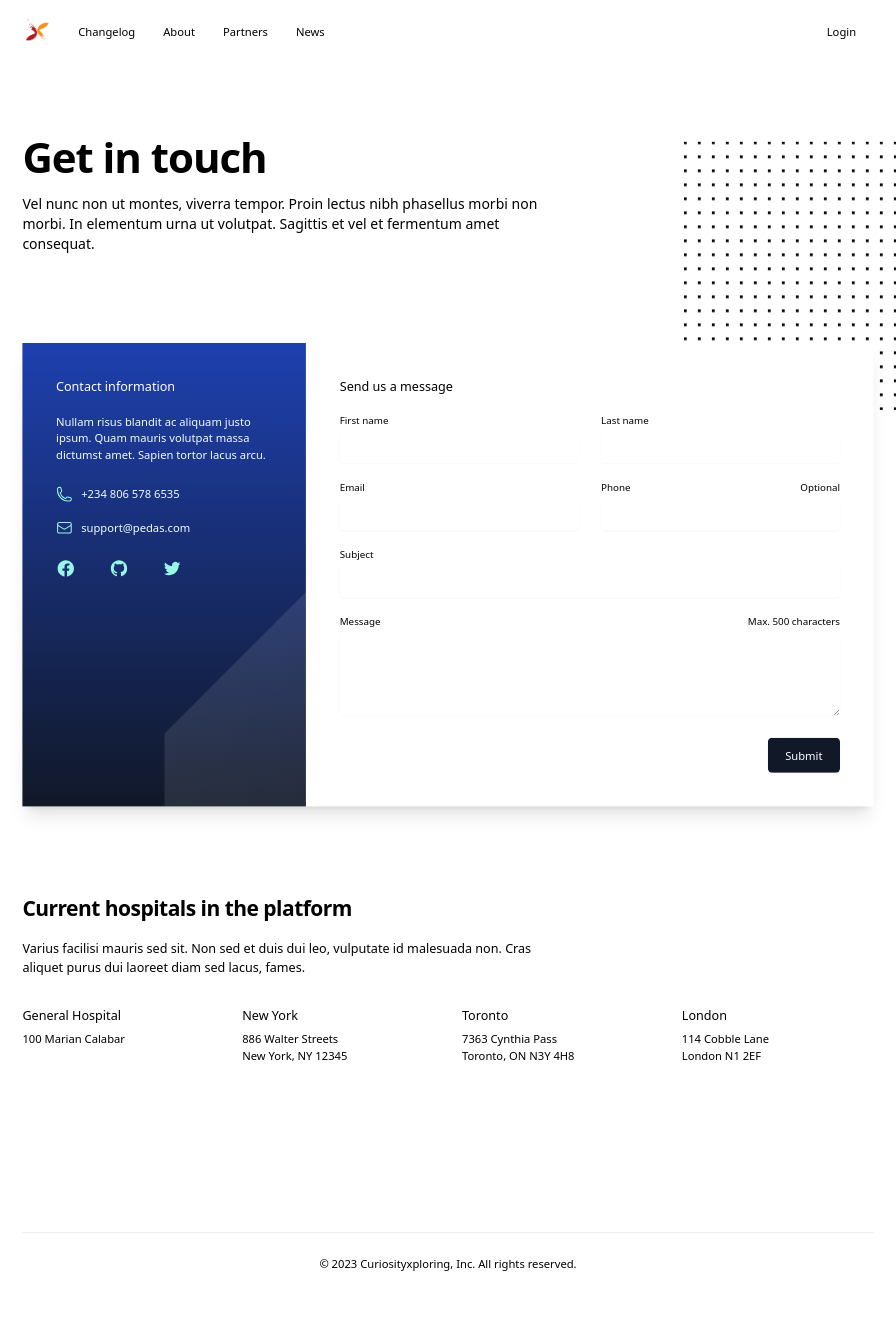
Repository: VinceBrun/medical-web3-app
Page: /contactus
An editor plug-in stored every save of this project. The page is shown before and after the next save, followed by the edit.
The browser window is 1280 px wide. The pictures show the whole page, at 70% of full size.
The project was rebuilt for these pictures with package versions that can differ from the ones it lists, and the page was loaded fresh each time. The framework's server and built-in components were replaced by stand-ins that run in the browser. Also part of the build but not shown: next.config.js.

Above is the page before, as saved 2023-01-16 19:08:32.

After the next save:
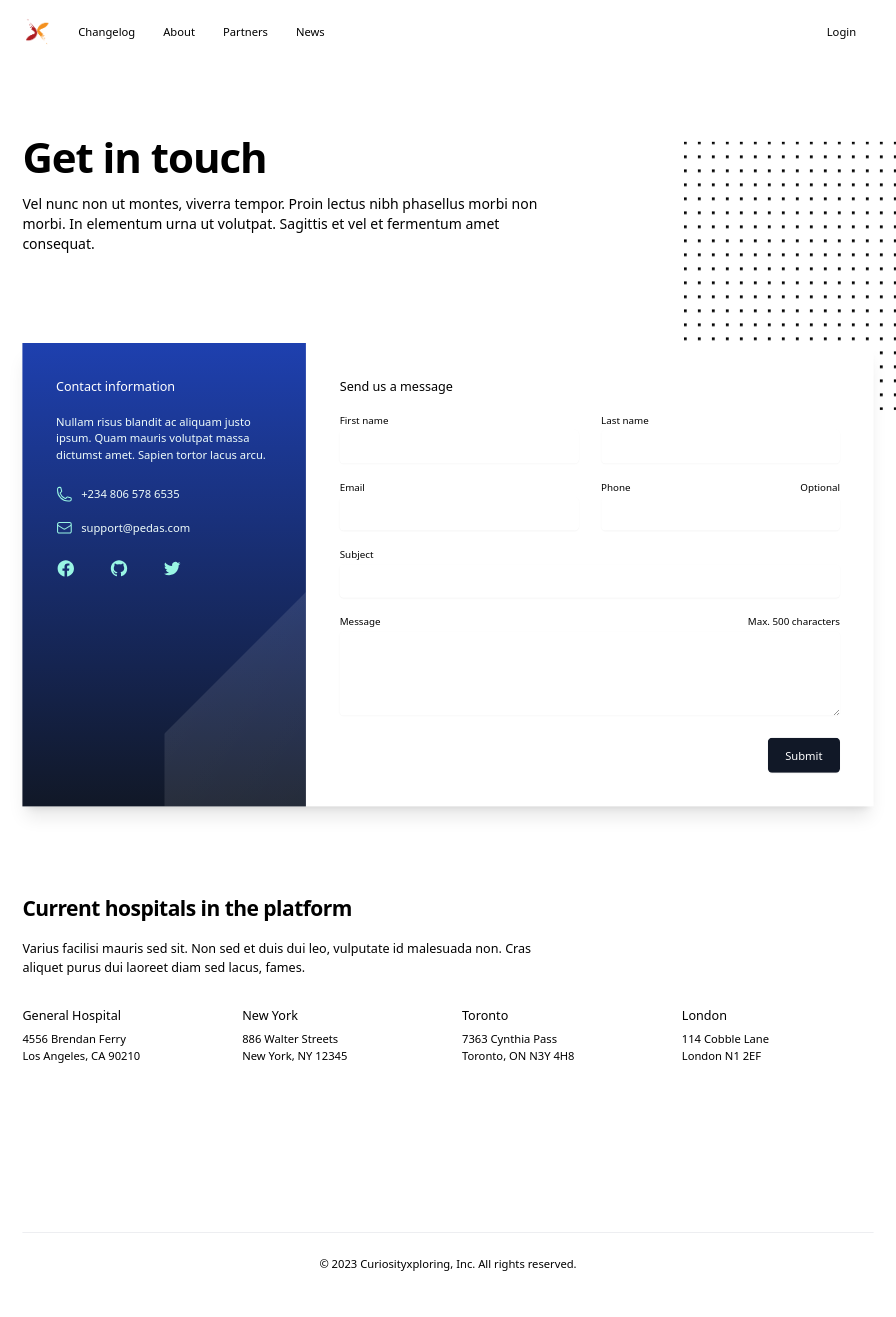
Saved 8 s later.
--- a/pages/contactus.js
+++ b/pages/contactus.js
@@ -18,7 +18,7 @@
   {
     id: 1,
     city: "General Hospital",
-    address: ["100 Marian Calabar"],
+    address: ["4556 Brendan Ferry", "Los Angeles, CA 90210"],
   },
   {
     id: 2,
